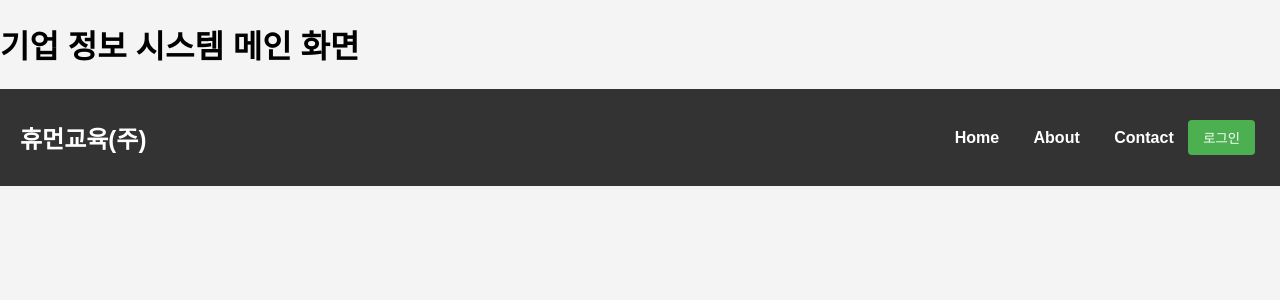
Repository: heyJSH/Study_java_web_sol
Page: http://localhost/jspweb_09/main.jsp
These files come from the project's save history. The page is drawn as it stood at one moment and after the next save; the edit follows.
The browser window is 1280 px wide. The pictures show the whole page.
The page is served by Tomcat 9.

Above is the page before, as saved 2024-01-15 01:46:17.

After the next save:
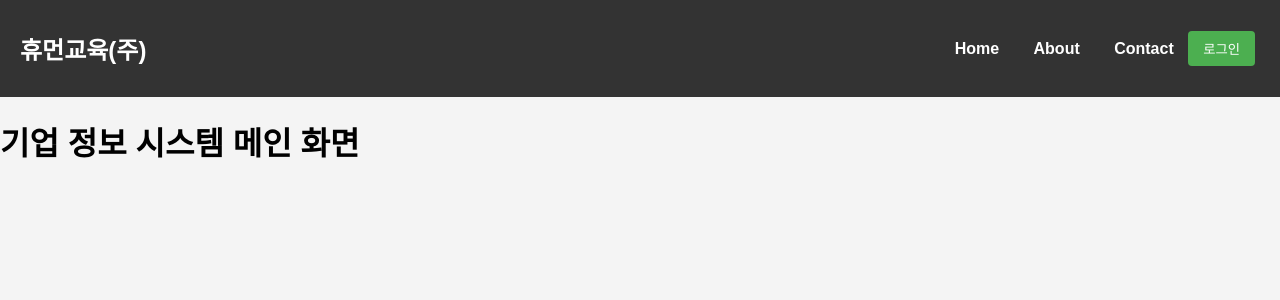
Saved 19 s later.
--- a/workspace_stsb/jspweb_09/src/main/webapp/main.jsp
+++ b/workspace_stsb/jspweb_09/src/main/webapp/main.jsp
@@ -5,15 +5,13 @@
 <head>
 <meta charset="UTF-8">
 <title>Insert title here</title>
-
-	<style>
+<style>
     body {
       font-family: Arial, sans-serif;
       margin: 0;
       padding: 0;
       background-color: #f4f4f4;
     }
-
     .top-menu {
       background-color: #333;
       color: #fff;
@@ -22,12 +20,10 @@
       justify-content: space-between;
       align-items: center;
     }
-
     .logo {
       font-size: 24px;
       font-weight: bold;
     }
-
     .login-menu {
       display: flex;
       align-items: center;
@@ -36,14 +32,12 @@
         display: inline-block;
         margin: 5px;
     }
-
     .login-menu a {
       color: #fff;
       text-decoration: none;
       margin-left: 20px;
       font-weight: bold;
     }
-
     .login-menu button {
       background-color: #4caf50;
       color: #fff;
@@ -52,25 +46,24 @@
       border-radius: 4px;
       cursor: pointer;
     }
-
     .login-menu button:hover {
       background-color: #45a049;
     }
   </style>
 </head>
 <body>
+   <div class="top-menu">
+       <div class="logo">휴먼교육(주)</div>
+       <div class="login-menu">
+         <ul>
+            <li><a href="#">Home</a></li>
+            <li><a href="#">About</a></li>
+            <li><a href="#">Contact</a></li>
+            <li><button onclick="showLoginModal()">로그인</button></li>
+         </ul>
+       </div>
+   </div>
+   <h1>기업 정보 시스템 메인 화면</h1>
 
-	<h1>기업 정보 시스템 메인 화면</h1>
-	 <div class="top-menu">
-    <div class="logo">휴먼교육(주)</div>
-    <div class="login-menu">
-    <ul>
-      <li><a href="#">Home</a></li>
-      <li><a href="#">About</a></li>
-      <li><a href="#">Contact</a></li>
-      <li><button onclick="showLoginModal()">로그인</button></li>
-    </ul>
-    </div>
-  	</div>
 </body>
 </html>
